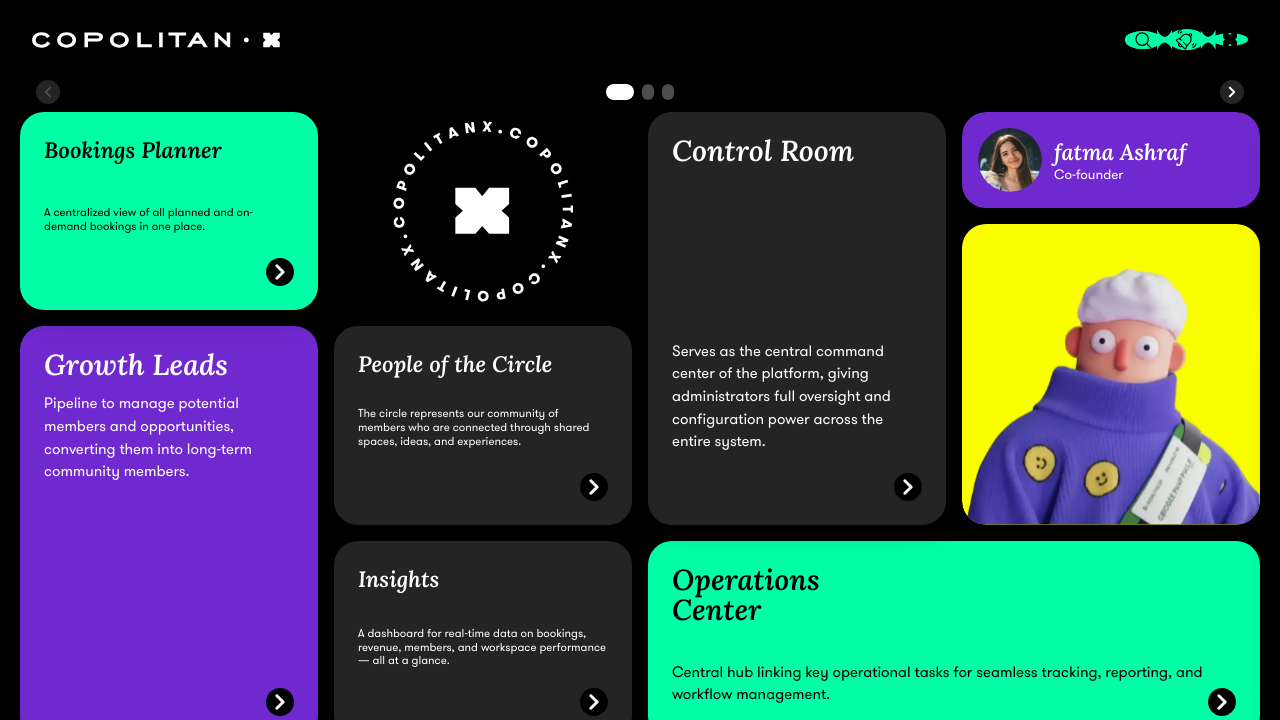
Repository: mohameddtalal/Copolitan-X
Page: /dashboard
These files come from the project's save history. The page is drawn as it stood at one moment and after the next save; the edit follows.
The browser window is 1280 px wide. The pictures show the whole page.
The project was rebuilt for these pictures with package versions that can differ from the ones it lists, and the page was loaded fresh each time. The framework's server and built-in components were replaced by stand-ins that run in the browser. Also part of the build but not shown: next.config.ts.

Above is the page before, as saved 2026-02-11 11:34:21.

After the next save:
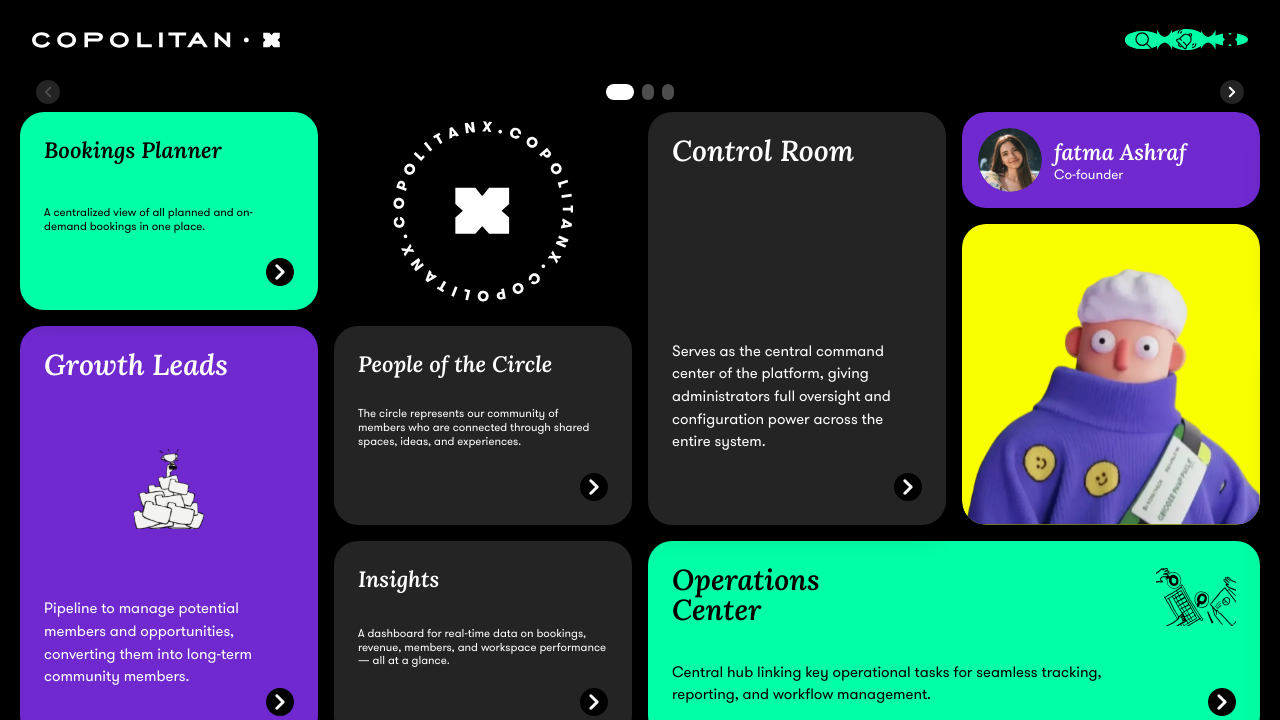
Saved 5 s later.
--- a/src/components/BadgeCard/BadgeCard.tsx
+++ b/src/components/BadgeCard/BadgeCard.tsx
@@ -20,7 +20,7 @@ export default function BadgeCard({ card }: any) {
       return <ImageCard card={card}/>
     }
 
-    if (card.cardImage) {
+    if (card.cardTextImage) {
       return <CardTextImage card={card}/>
     }
 
